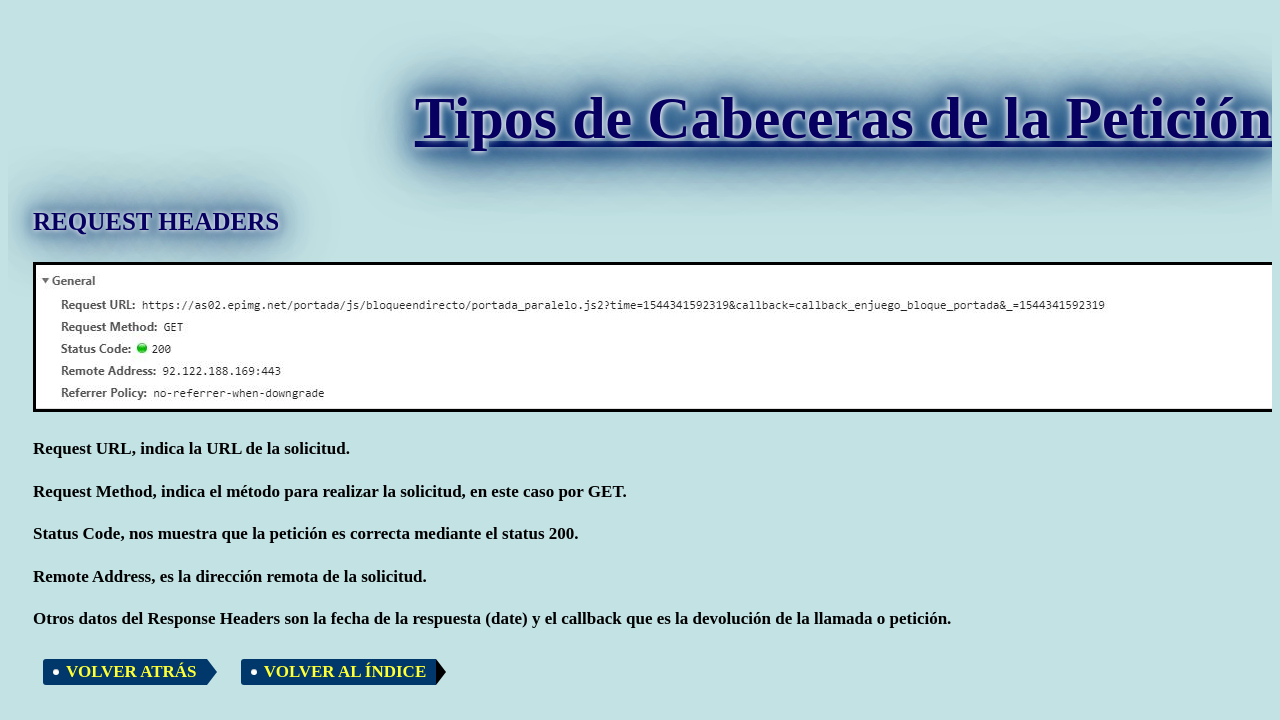
Repository: VictorinoBF97/HerramientasDesarollo
Page: requestHeaders.html
An editor plug-in stored every save of this project. The page is shown before and after a run of saves, followed by the edit.
The browser window is 1280 px wide. The pictures show the whole page.

Above is the page before, as saved 2018-12-09 09:36:22.
Not found: main.js

After the next 2 saves:
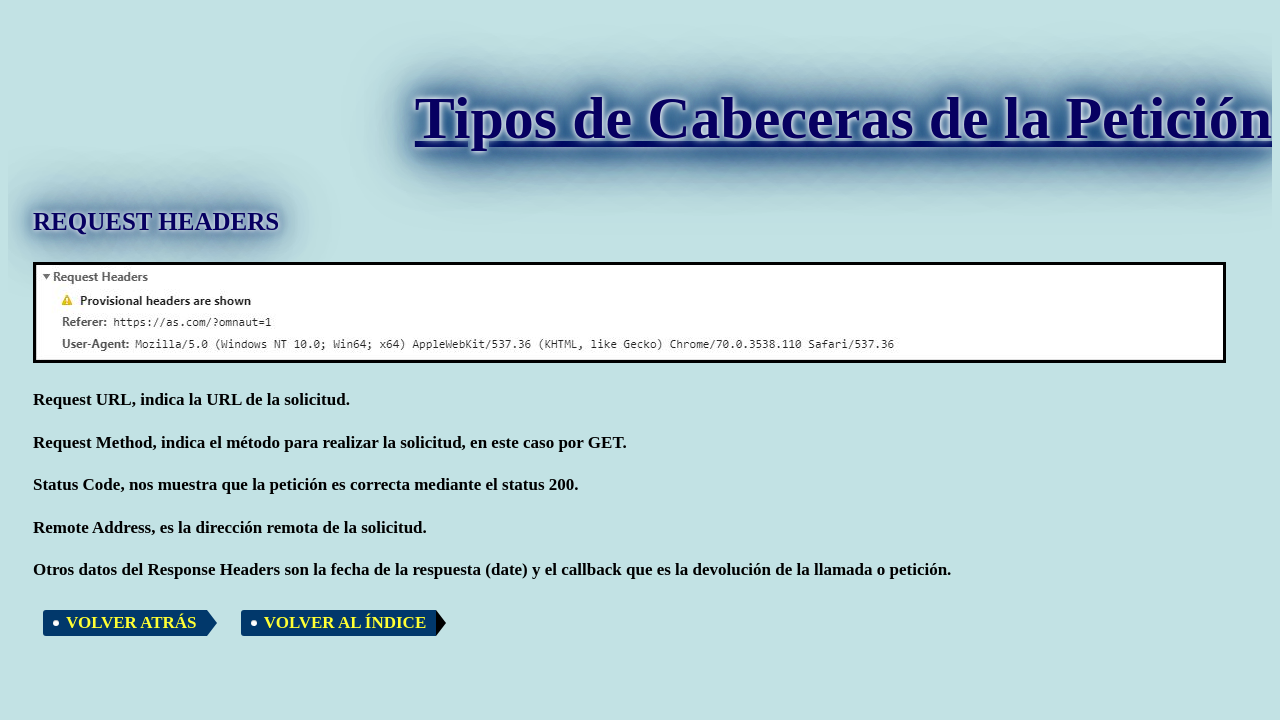
The 2 saves are shown as one change because they came seconds apart.
The last was saved 39 s later.
--- a/requestHeaders.html
+++ b/requestHeaders.html
@@ -15,7 +15,7 @@
             <h2>REQUEST HEADERS</h2>
 
             <div>
-                <img src="./images/general.JPG" border="3"/>
+                <img src="./images/requestHeaders.JPG" border="3"/>
             </div>
 
             <div>
